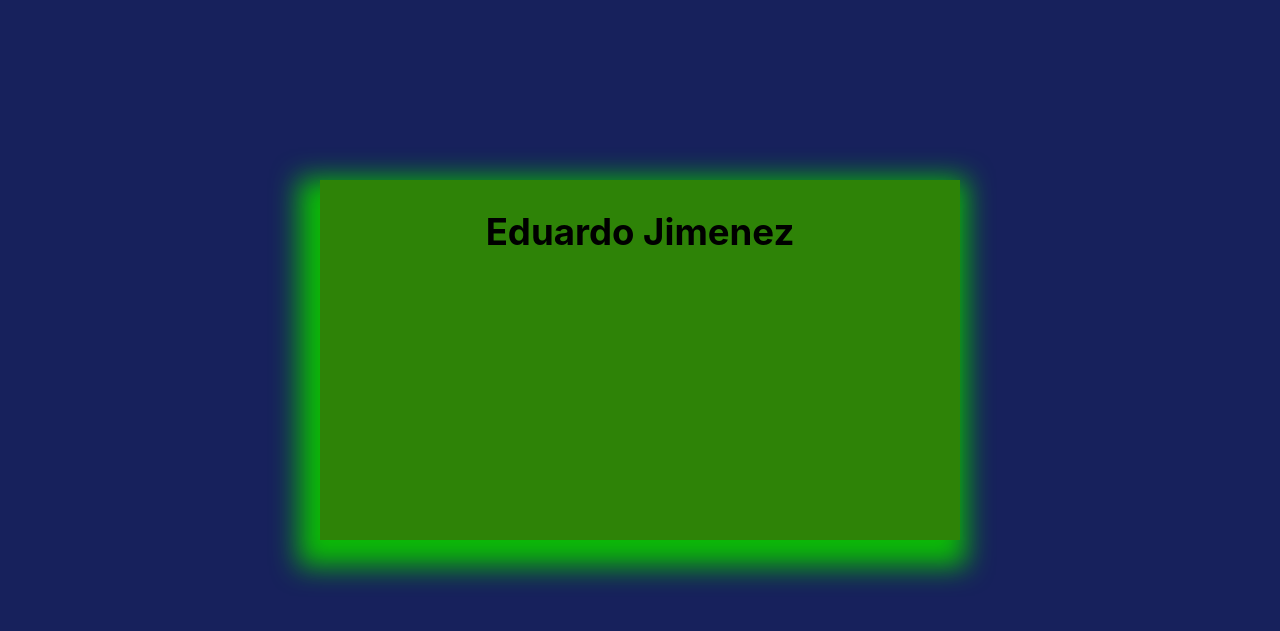
Repository: l8nightswithJS/react-my-portfolio
Page: /
The author's editor kept a copy of each file at every save. The page is drawn from the files as they stood at one save, then again after the next save.
The browser window is 1280 px wide. The pictures show the whole page.
The project was rebuilt for these pictures with package versions that can differ from the ones it lists, and the page was loaded fresh each time.

Above is the page before, as saved 2021-04-22 23:59:35.

After the next save:
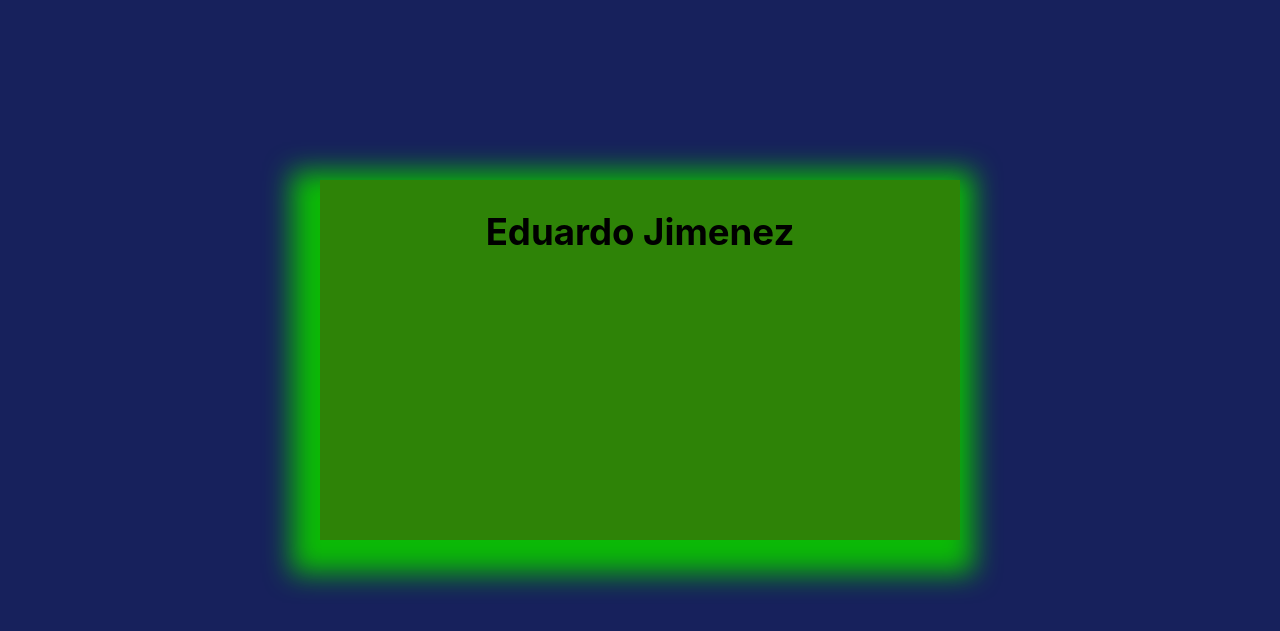
Saved 8 s later.
--- a/src/App.css
+++ b/src/App.css
@@ -17,7 +17,7 @@ section {
   margin: auto;
   font-size: calc(10px + 2vmin);
   color: white;
-  box-shadow: -1vh 1vw 2vw 2vh rgb(12, 187, 6);
+  box-shadow: -1vh 1vw 2vw 3vh rgb(12, 187, 6);
 }
 
 h1 {
